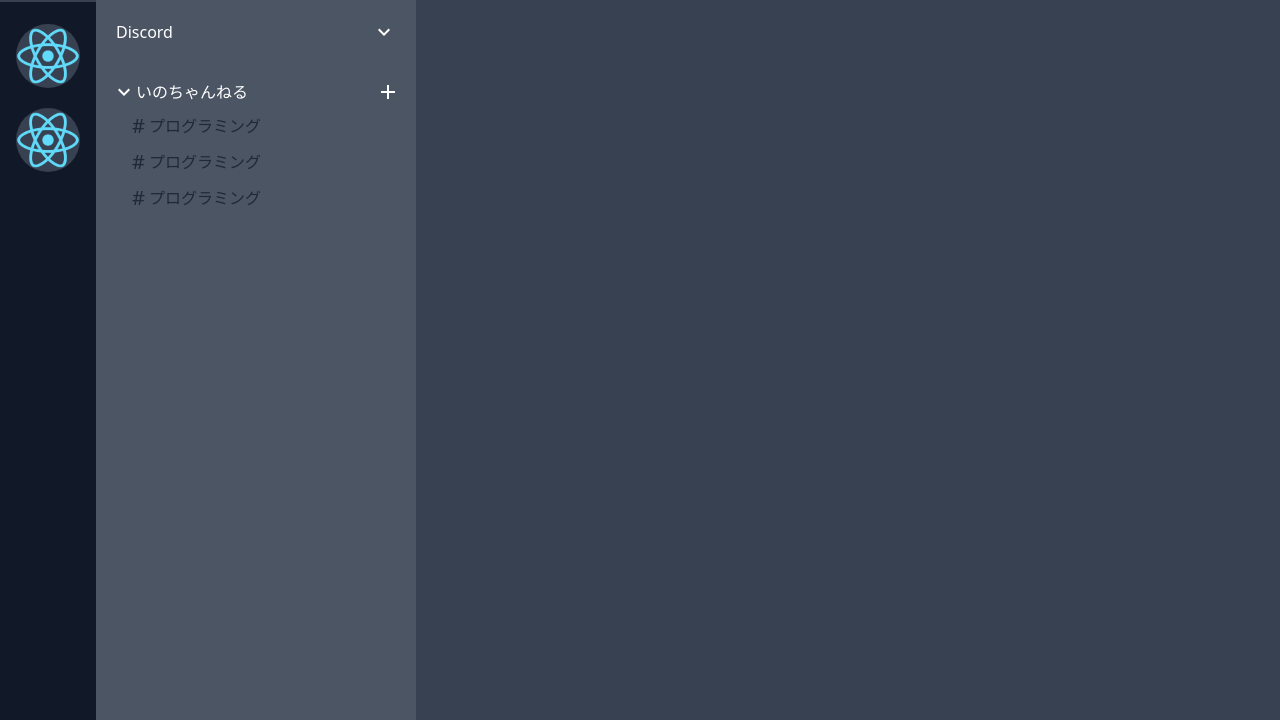
Repository: koheiino/discord-clone
Page: /
The author's editor kept a copy of each file at every save. The page is drawn from the files as they stood at one save, then again after the next save.
The browser window is 1280 px wide. The pictures show the whole page.
The project was rebuilt for these pictures with package versions that can differ from the ones it lists, and the page was loaded fresh each time. Also part of the build but not shown: src/App.css.

Above is the page before, as saved 2023-04-05 23:49:33.

After the next save:
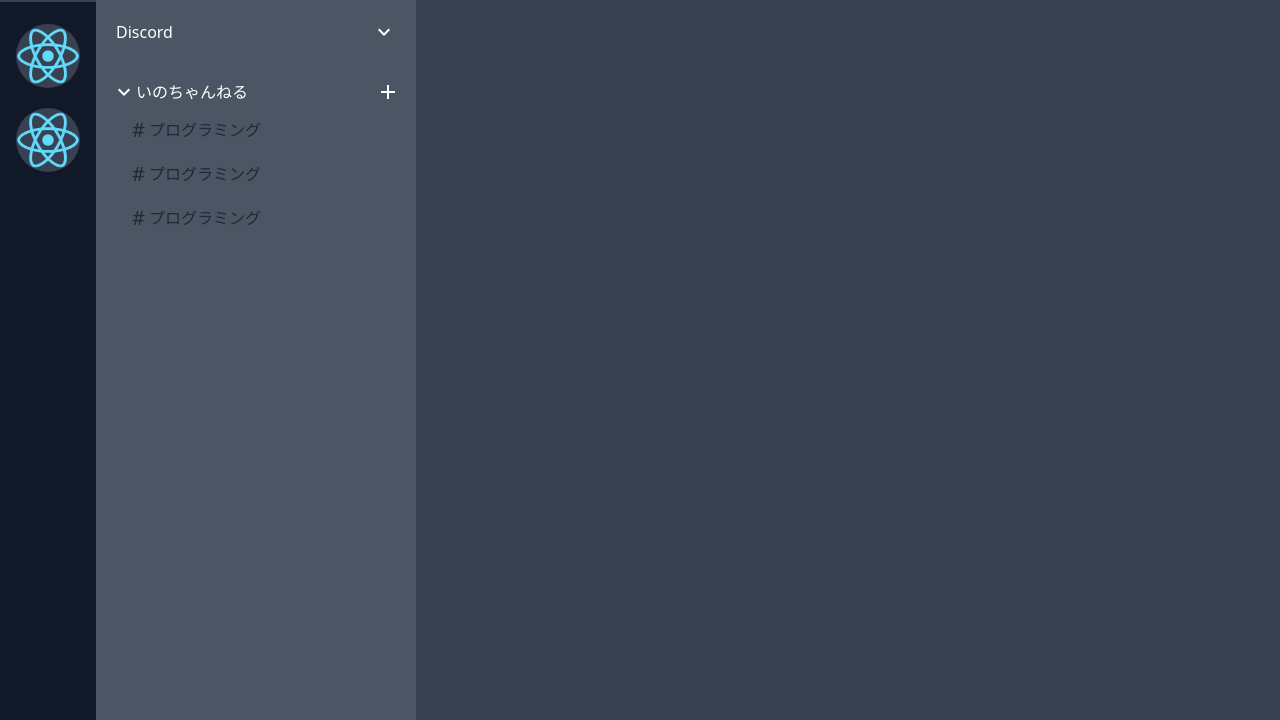
Saved 21 s later.
--- a/src/components/SidebarChannnel.tsx
+++ b/src/components/SidebarChannnel.tsx
@@ -3,7 +3,7 @@
 const SidebarChannnel = () => {
   return (
     <div>
-      <div className="sidebarChannel pl-5">
+      <div className="sidebarChannel pl-5 mt-2">
         <h4 className='text-gray-800 flex items-center p-1 cursor-pointer'>
             <span className="sidebarChannelHash text-xl pr-1">
                 #
